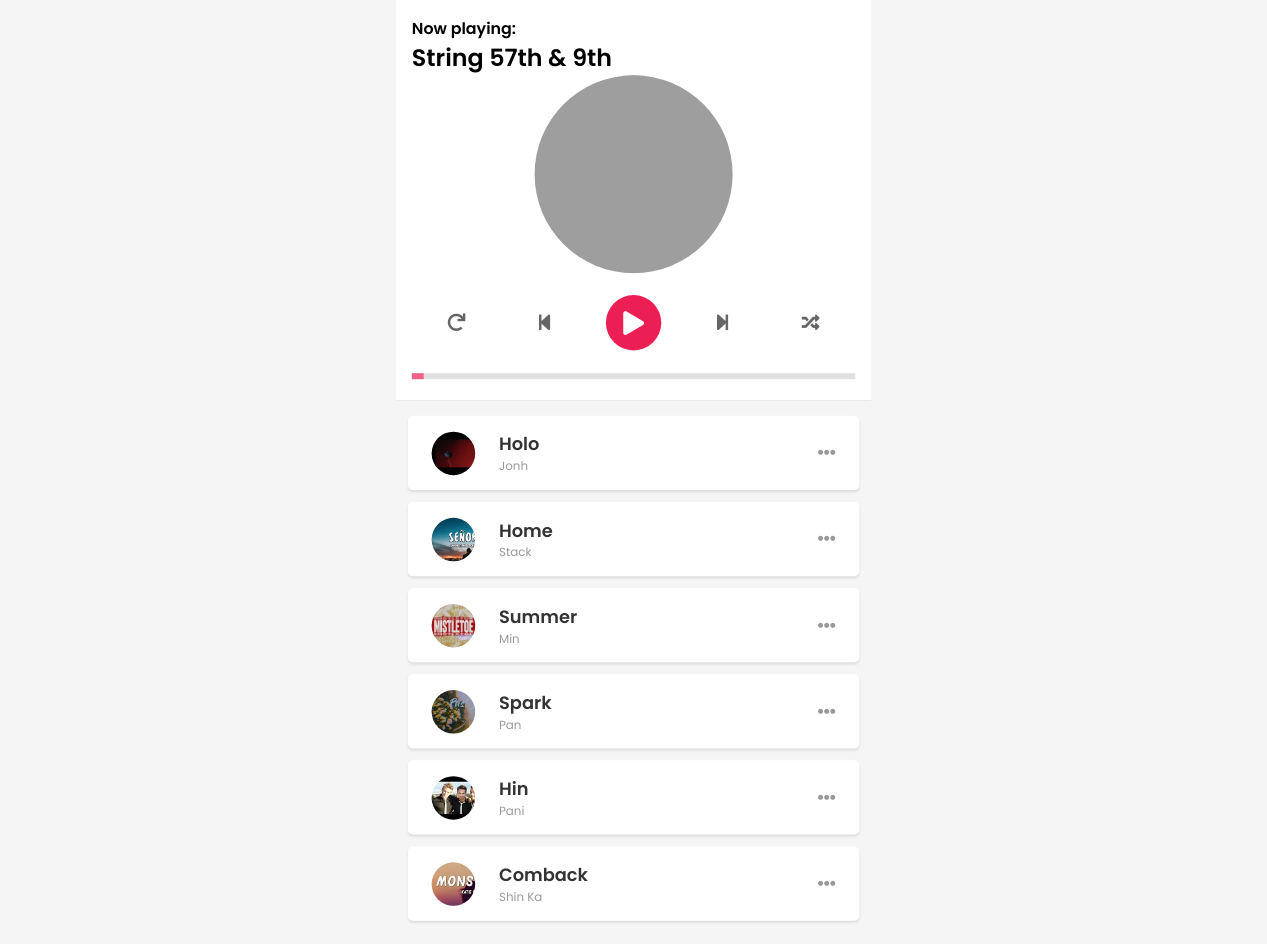
Repository: MinhNhatIT2901/Mp3-clon
Page: index.html
The author's editor kept a copy of each file at every save. The page is drawn from the files as they stood at one save, then again after the next save.
The browser window is 1280 px wide. The pictures show the whole page, at 99% of full size.
Pictures or frames that could not be fetched are drawn as grey boxes.

Above is the page before, as saved 2022-01-01 18:32:07.

### index.html
<!DOCTYPE html>
<html lang="en">
<head>
    <meta charset="UTF-8">
    <meta http-equiv="X-UA-Compatible" content="IE=edge">
    <meta name="viewport" content="width=device-width, initial-scale=1.0">
    <title>Document</title>
    <link rel="stylesheet" href="./asset/css/app.css">
    <link rel="stylesheet" href="https://cdnjs.cloudflare.com/ajax/libs/font-awesome/5.15.2/css/all.min.css" integrity="sha512-HK5fgLBL+xu6dm/Ii3z4xhlSUyZgTT9tuc/hSrtw6uzJOvgRr2a9jyxxT1ely+B+xFAmJKVSTbpM/CuL7qxO8w==" crossorigin="anonymous" />
    <link rel="preconnect" href="https://fonts.gstatic.com">
    <link href="https://fonts.googleapis.com/css2?family=Poppins:wght@300;400;600&display=swap" rel="stylesheet">
</head>
<body>
    <div class="player">
        <div class="dashboard">
            <div class="header">
                <h4>Now playing:</h4>
                <h2>String 57th & 9th</h2>
            </div>

            <div class="cd">
                <div class="cd-thumb" style="background-image: url('https://i.ytimg.com/vi/jTLhQf5KJSc/maxresdefault.jpg')">
                </div>
            </div>

            <div class="control">
                <div class="btn btn-repeat">
                    <i class="fas fa-redo"></i>
                </div>
                <div class="btn btn-prev">
                    <i class="fas fa-step-backward"></i>
                </div>
                <div class="btn btn-toggle-play">
                    <i class="fas fa-pause icon-pause"></i>
                    <i class="fas fa-play icon-play"></i>
                </div>
                <div class="btn btn-next">
                    <i class="fas fa-step-forward"></i>
                </div>
                <div class="btn btn-random">
                    <i class="fas fa-random"></i>
                </div>
            </div>

            <input id="progress" class="progress" type="range" value="0" step="1" min="0" max="100">
            <audio id="audio" src=""></audio>
        </div>

        <div class="playlist">
        </div>
    </div>
</body>
    <script src="./asset/css/app.js"></script>
</html>

### asset/css/app.css
:root {
  --primary-color: #ec1f55;
  --text-color: #333;
}

* {
  padding: 0;
  margin: 0;
  box-sizing: inherit;
}

body {
  background-color: #f5f5f5;
}

html {
  box-sizing: border-box;
  font-family: "Poppins", sans-serif;
}

.player {
  position: relative;
  max-width: 480px;
  margin: 0 auto;
}

.player .icon-pause {
  display: none;
}

.player.playing .icon-pause {
  display: inline-block;
}

.player.playing .icon-play {
  display: none;
}

.dashboard {
  padding: 16px 16px 14px;
  background-color: #fff;
  position: fixed;
  top: 0;
  width: 100%;
  max-width: 480px;
  border-bottom: 1px solid #ebebeb;
}

/* HEADER */
header {
  text-align: center;
  margin-bottom: 10px;
}

header h4 {
  color: var(--primary-color);
  font-size: 12px;
}

header h2 {
  color: var(--text-color);
  font-size: 20px;
}

/* CD */
.cd {
  display: flex;
  margin: auto;
  width: 200px;
}

.cd-thumb {
  width: 100%;
  padding-top: 100%;
  border-radius: 50%;
  background-color: #333;
  background-size: cover;
  margin: auto;
}

/* CONTROL */
.control {
  display: flex;
  align-items: center;
  justify-content: space-around;
  padding: 18px 0 8px 0;
}

.control .btn {
  color: #666;
  padding: 18px;
  font-size: 18px;
}

.control .btn.active {
  color: var(--primary-color);
}

.control .btn-toggle-play {
  width: 56px;
  height: 56px;
  border-radius: 50%;
  font-size: 24px;
  color: #fff;
  display: flex;
  align-items: center;
  justify-content: center;
  background-color: var(--primary-color);
}

.progress {
  width: 100%;
  -webkit-appearance: none;
  height: 6px;
  background: #d3d3d3;
  outline: none;
  opacity: 0.7;
  -webkit-transition: 0.2s;
  transition: opacity 0.2s;
}

.progress::-webkit-slider-thumb {
  -webkit-appearance: none;
  appearance: none;
  width: 12px;
  height: 6px;
  background-color: var(--primary-color);
  cursor: pointer;
}

/* PLAYLIST */
.playlist {
  margin-top: 408px;
  padding: 12px;
}

.song {
  display: flex;
  align-items: center;
  margin-bottom: 12px;
  background-color: #fff;
  padding: 8px 16px;
  border-radius: 5px;
  box-shadow: 0 2px 3px rgba(0, 0, 0, 0.1);
}

.song.active {
  background-color: var(--primary-color);
}

.song:active {
  opacity: 0.8;
}

.song.active .option,
.song.active .author,
.song.active .title {
  color: #fff;
}

.song .thumb {
  width: 44px;
  height: 44px;
  border-radius: 50%;
  background-size: cover;
  margin: 0 8px;
}

.song .body {
  flex: 1;
  padding: 0 16px;
}

.song .title {
  font-size: 18px;
  color: var(--text-color);
}

.song .author {
  font-size: 12px;
  color: #999;
}

.song .option {
  padding: 16px 8px;
  color: #999;
  font-size: 18px;
}

### asset/css/app.js
const $ = document.querySelector.bind(document);
const $$ = document.querySelectorAll.bind(document);

const app = {
    currentIndex: 0,
    songs: [
        {
            name: 'Holo',
            singer: 'Jonh',
            path: './asset/music/holo.mp3',
            image: './asset/img/img1.jpg'
        },
        {
            name: 'Home',
            singer: 'Stack',
            path: './asset/music/home.mp3',
            image: './asset/img/img2.jpg'
        },
        {
            name: 'Summer',
            singer: 'Min',
            path: './asser/music/mp3_music_summer.mp3',
            image: './asset/img/img3.jpg'
        },
        {
            name: 'Spark',
            singer: 'Pan',
            path: './asset/music/spark.mp3',
            image: './asset/img/img4.jpg'
        },
        {
            name: 'Hin',
            singer: 'Pani',
            path: './asset/music/home.mp',
            image: './asset/img/img5.jpg'
        },
        {
            name: 'Comback',
            singer: 'Shin Ka',
            path: './asset/music/spark.mp3',
            image: './asset/img/img6.jpg'
        },
    ],
    render: function() {
        const htmls = this.songs.map(song => {
            return `
            <div class="song">
                <div class="thumb"
                    style="background-image: url('${song.image}')">
                </div>
                <div class="body">
                    <h3 class="title">${song.name}</h3>
                    <p class="author">${song.singer}</p>
                </div>
                <div class="option">
                    <i class="fas fa-ellipsis-h"></i>
                </div>
            </div>
            `
        })
        $('.playlist').innerHTML = htmls.join('');
    },
    defineProperties: function() {
        Object.defineProperty(this, 'currentSong', {
            get: function() {
                return this.songs[this.currentIndex]
            }
        })
    },
    handleEvents: function() {
        const cd = $('.cd');
        const cdWidth = cd.offsetWidth;
        document.onscroll = function() {
            const scrollTop = window.scrollY || document.documentElement.scrollTop;
            const newCdWidth = cdWidth - scrollTop;

            cd.style.width = newCdWidth > 0 ? newCdWidth + 'px' : 0;
            cd.style.opacity = newCdWidth / cdWidth;
        }
    },
    loadCurrentSong: function() {
        // const heading = $('.header .h2');
        // const cdThumb = $('.cd-thumb');
        // const audio = $('#audio');

        // console.log(heading, cdThumb, audio)
        // heading.textContent = this.currentSong.name;
        // cdThumb.style.backgroundImage = `url('${this.currentSong.image}')`;
        // audio.src = this.currentSong.path;
    },
    start: function() {
        // Định nghĩa các thuộc tính cho object
        this.defineProperties();

        // Lắng nghe / xử lý các sự kiện (DOM event)
        this.handleEvents();

        // Load thong tin bai hat dau tien vao` UI
        this.loadCurrentSong();

        // Render playlist
        this.render();
    }
}

app.start();

After the next save:
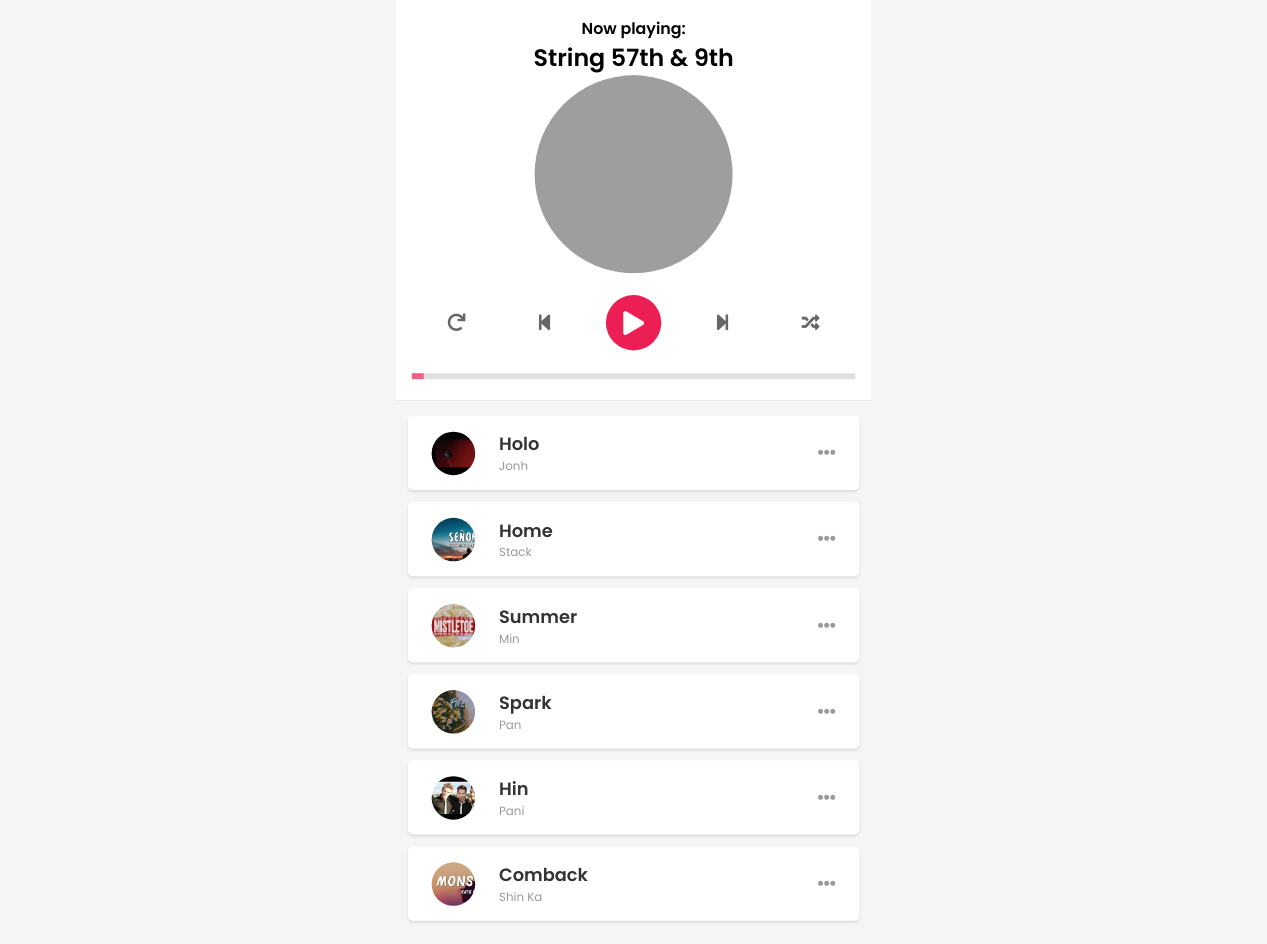
Saved 18 s later.
--- a/index.html
+++ b/index.html
@@ -13,7 +13,7 @@
 <body>
     <div class="player">
         <div class="dashboard">
-            <div class="header">
+            <div class="header" style="text-align: center">
                 <h4>Now playing:</h4>
                 <h2>String 57th & 9th</h2>
             </div>

After the save that followed:
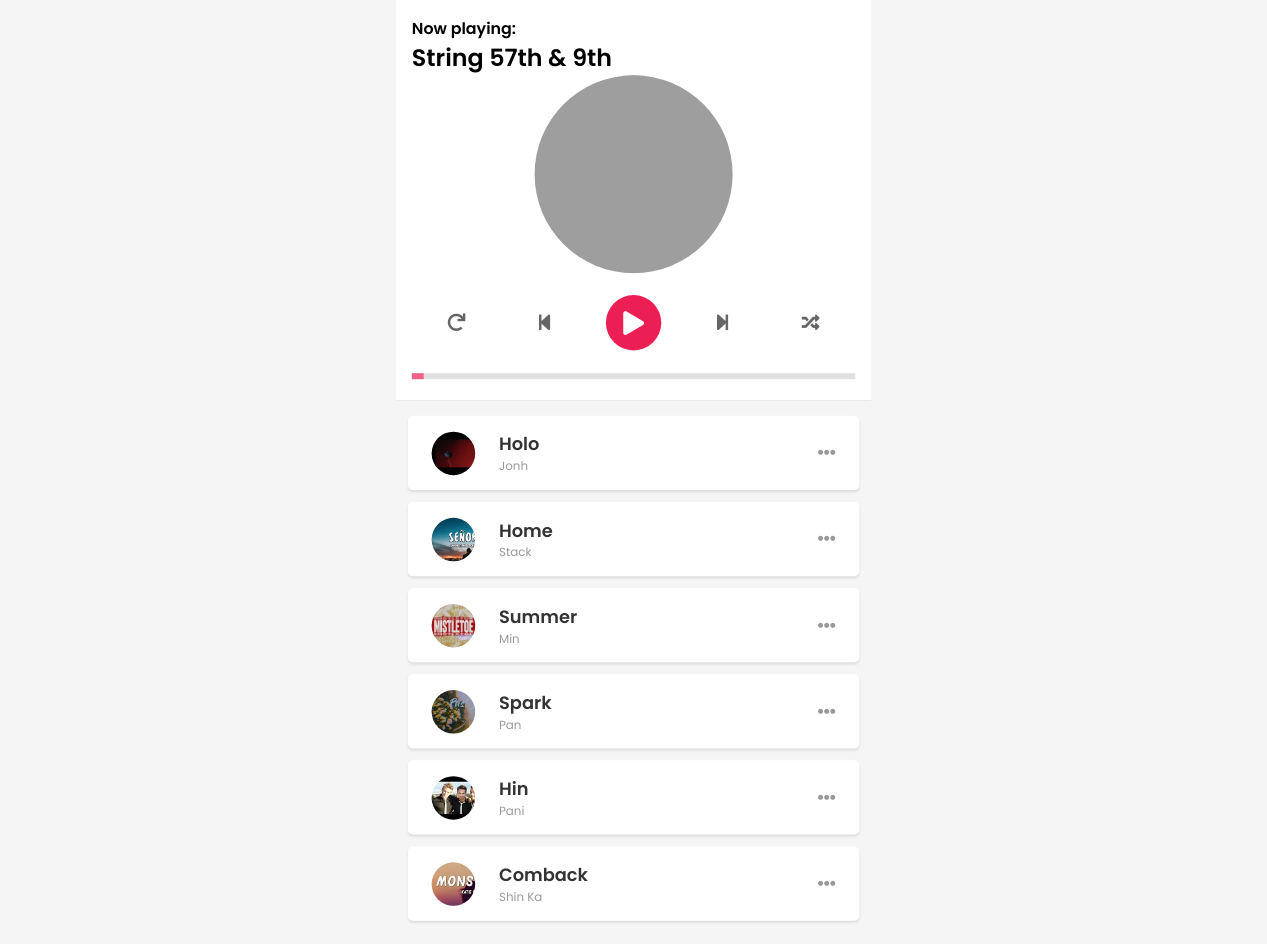
Saved 20 s later.
--- a/index.html
+++ b/index.html
@@ -13,7 +13,7 @@
 <body>
     <div class="player">
         <div class="dashboard">
-            <div class="header" style="text-align: center">
+            <div class="header" >
                 <h4>Now playing:</h4>
                 <h2>String 57th & 9th</h2>
             </div>
